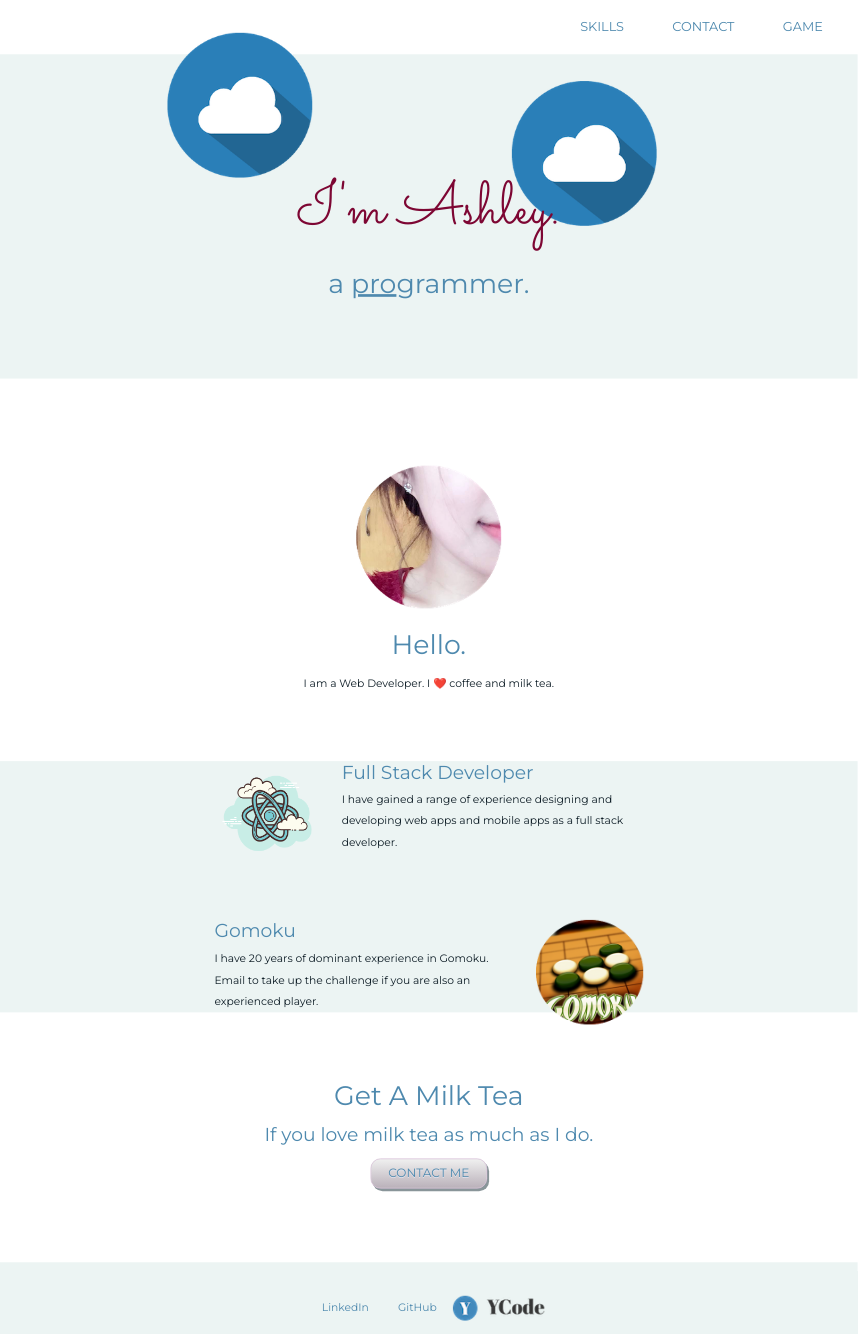
Repository: nosugarpls/YCode-my-website
Page: index.html
The author's editor kept a copy of each file at every save. The page is drawn from the files as they stood at one save, then again after the next save.
The browser window is 1280 px wide. The pictures show the whole page, at 67% of full size.

Above is the page before, as saved 2020-09-25 10:15:58.

### index.html
<!DOCTYPE html>
<html>
<head>
  <meta charset="utf-8">
  <title>Ashley(Yu) Shi</title>


  <!-- CSS Stylesheets -->
  <link rel="stylesheet" href="https://stackpath.bootstrapcdn.com/bootstrap/4.5.2/css/bootstrap.min.css" integrity="sha384-JcKb8q3iqJ61gNV9KGb8thSsNjpSL0n8PARn9HuZOnIxN0hoP+VmmDGMN5t9UJ0Z" crossorigin="anonymous">
  <link rel="stylesheet" href="css/styles.css">
  <link href="https://fonts.googleapis.com/css?family=Merriweather|Montserrat|Sacramento" rel="stylesheet">
  <link rel="icon" href="images/YLogo.png">


  <!-- Bootstrap Scripts -->
  <script src="https://code.jquery.com/jquery-3.5.1.slim.min.js" integrity="sha384-DfXdz2htPH0lsSSs5nCTpuj/zy4C+OGpamoFVy38MVBnE+IbbVYUew+OrCXaRkfj" crossorigin="anonymous"></script>
  <script src="https://cdn.jsdelivr.net/npm/popper.js@1.16.1/dist/umd/popper.min.js" integrity="sha384-9/reFTGAW83EW2RDu2S0VKaIzap3H66lZH81PoYlFhbGU+6BZp6G7niu735Sk7lN" crossorigin="anonymous"></script>
  <script src="https://stackpath.bootstrapcdn.com/bootstrap/4.5.2/js/bootstrap.min.js" integrity="sha384-B4gt1jrGC7Jh4AgTPSdUtOBvfO8shuf57BaghqFfPlYxofvL8/KUEfYiJOMMV+rV" crossorigin="anonymous"></script>
</head>

<body>

  <!-- Nav Bar -->
  <nav class="navbar navbar-expand-lg navbar-light">
    <button class="navbar-toggler" type="button" data-toggle="collapse" data-target="#navbarToggler">
        <span class="navbar-toggler-icon"></span>
    </button>

    <div class="collapse navbar-collapse" id="navbarToggler">
      <ul class="navbar-nav ml-auto">
        <li class="nav-item">
          <a class="nav-link" href="#skills">SKILLS</a>
        </li>
        <li class="nav-item">
          <a class="nav-link" href="#contact">CONTACT</a>
        </li>
        <li class="nav-item">
          <a class="nav-link" href="piano.html">GAME</a>
        </li>
      </ul>
    </div>
  </nav>


  <div class="top-container">
    <img class="top-cloud" src="images/cloud.png" alt="cloud">
    <div class="title-text">
      <h1 class="big-title">I'm Ashley.</h1>
      <h2>a <span class="pro">pro</span>grammer.</h2>
    </div>
    <img class="bottom-cloud" src="images/cloud.png" alt="cloud">
  </div>

  <div class="middle-container">
    <div class="profile">
      <img class="avatar" src="images/ashely.png" alt="ashley-profile-img">
      <h2>Hello.</h2>
      <p class="intro">I am a Web Developer. I ❤️ coffee and milk tea.</p>
    </div>

    <div class="skills" id="skills">
      <div class="skill-row">
        <img class="react-img" src="images/react.png" alt="react-img">
        <h3>Full Stack Developer</h3>
        <p>I have gained a range of experience designing and developing web apps and mobile apps as a full stack developer.</p>
      </div>
      <div class="skill-row">
        <img class="game-img" src="images/game.png" alt="game-img">
        <h3>Gomoku</h3>
        <p>I have 20 years of dominant experience in Gomoku. Email to take up the challenge if you are also an experienced player.</p>
      </div>

    </div>

    <div class="contact-me" id="contact">
      <h2>Get A Milk Tea</h2>
      <h3>If you love milk tea as much as I do.</h3>
      <a class="btn" href="mailto:coloraworld@gmail.com">CONTACT ME</a>
    </div>
  </div>


  <div class="bottom-container">
    <a href="https://www.linkedin.com/in/yu-ashley-shi-328239197/">LinkedIn</a>
    <a href="https://github.com/nosugarpls">GitHub</a>
    <img src="images/logo.png" alt="img">
  </div>
</body>
</html>

### css/styles.css
body {
  color: #40514E;
  margin: 0;
  text-align: center;
  font-family: 'Merriweather', serif;
}

h1 {
  color: #7d0633;
  font-size: 5.625rem;
  margin: 50px auto 0 auto;
  font-family: 'Sacramento', cursive;
  z-index: 1;
  position: relative;
}

h2 {
  color: #4e89ae;
  font-family: 'Montserrat', sans-serif;
  font-size: 2.5rem;
  font-weight: normal;
  padding-bottom: 10px;
}

h3 {
  color: #4e89ae;
  font-family: 'Montserrat', sans-serif;
}

p {
  line-height: 2;
  color: #0f1e27;
  font-family: 'Montserrat', sans-serif;
}

a {
  color: #4e89ae;
  font-family: 'Montserrat', sans-serif;
  margin: 10px 20px;
  text-decoration: none;
}

.big-title {
  padding-top: 30px;
  padding-bottom: 30px;
}

.avatar {
  padding-top: 30px;
  padding-bottom: 30px;
}

.skills {
  background-color: #ecf4f3;

}


.top-container {
  background-color: #ecf4f3;
  position: relative;
  padding-top: 100px;
  padding-bottom: 100px;
}


.middle-container {
  margin: 100px 0;
}

.bottom-container {
  background-color: #ecf4f3;
  padding: 50px 0 20px;
}

.skill-row {
  width: 50%;
  margin: 100px auto 100px auto;
  text-align: left;
}

.pro {
  text-decoration: underline;
}

.intro {
  width: 30%;
  margin: auto;
  color: #0f1e27;
  font-family: 'Montserrat', sans-serif;
}

.contact-message {
  width: 40%;
  margin: 40px auto 60px;
}

.top-cloud {
  position: absolute;
  right: 300px;
  top: 40px;
}

.bottom-cloud {
  position: absolute;
  left: 250px;
  bottom: 300px;
}

.react-img {
  width: 25%;
  float: left;
  margin-right: 30px;
}

.game-img {
  width: 25%;
  float: right;
  margin-left: 30px;
}

.btn {
	box-shadow: 3px 4px 0px 0px #899599;
	background:linear-gradient(to bottom, #ededed 5%, #bab1ba 100%);
	background-color:#ededed;
	border-radius:15px;
	border:1px solid #d6bcd6;
	display:inline-block;
	cursor:pointer;
	color:#4e89ae;
  font-family: 'Montserrat', sans-serif;
	font-size:18px;
	padding:8px 25px;
	text-decoration:none;
	text-shadow:0px 1px 0px #e1e2ed;
}

.btn:hover {
	background:linear-gradient(to bottom, #bab1ba 5%, #ededed 100%);
	background-color:#bab1ba;
}

.btn:active {
	position:relative;
	top:1px;
}

/* Navigation Bar */

.nav-item {
  padding: 0 8px;
}

.nav-link {
  font-size: 1.2rem;
  font-family: 'Montserrat', sans-serif;
  color: #4e89ae !important;
  z-index: 2;
  position:relative;
}

After the next save:
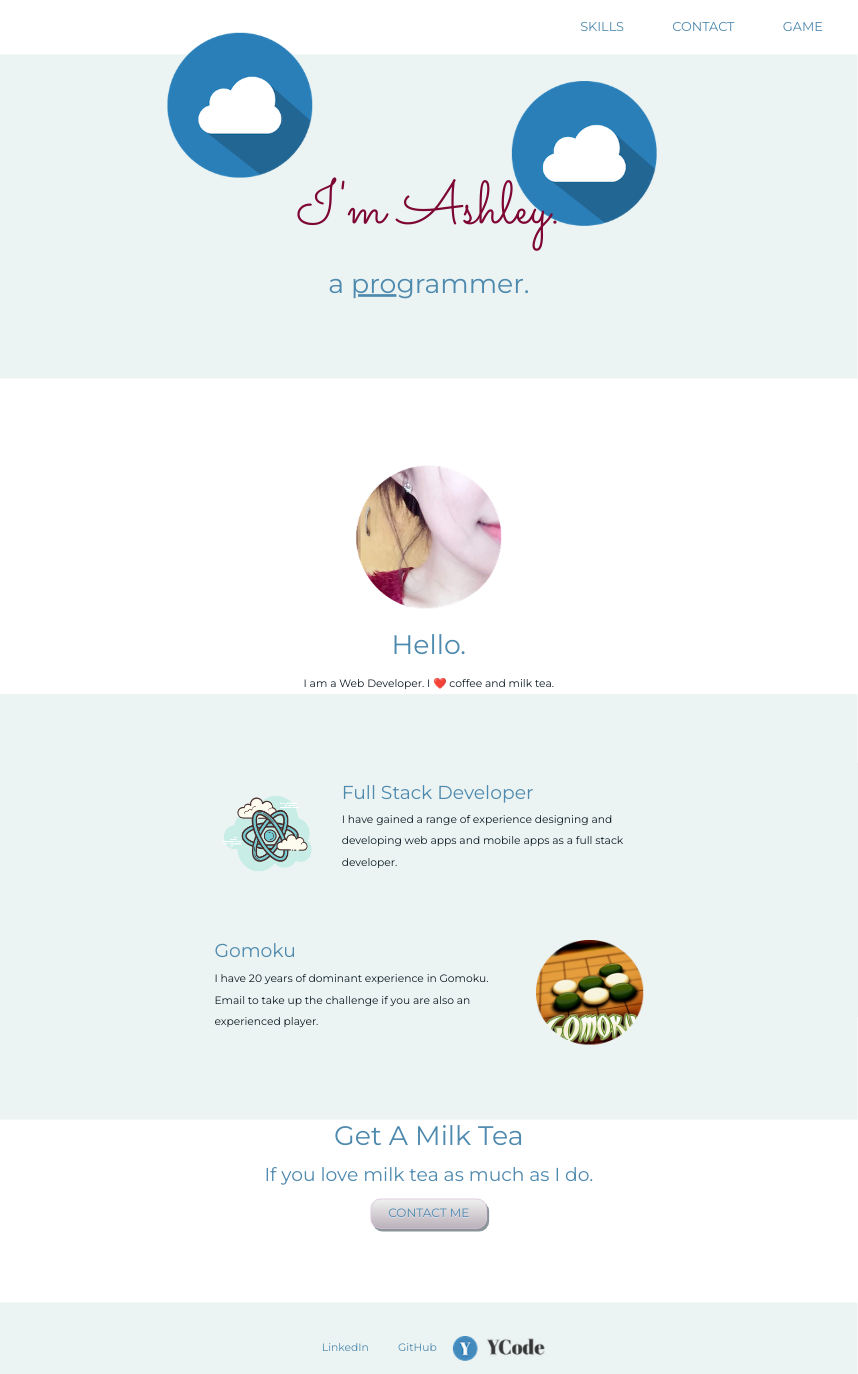
Saved 22 s later.
--- a/css/styles.css
+++ b/css/styles.css
@@ -52,6 +52,8 @@ a {
 
 .skills {
   background-color: #ecf4f3;
+  padding-top: 30px;
+  padding-bottom: 30px;
 
 }
 
